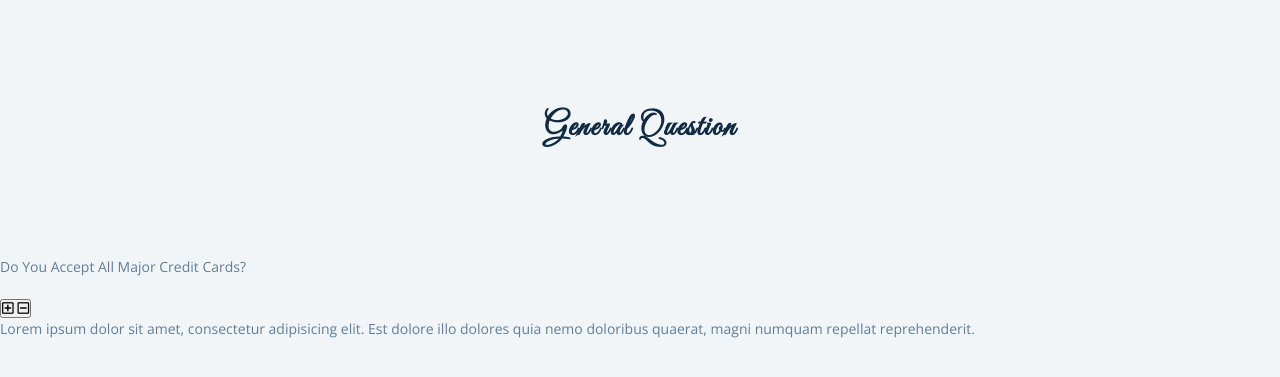
Repository: OmniaRafat232111121/projects-js
Page: questions/index.html
The author's editor kept a copy of each file at every save. The page is drawn from the files as they stood at one save, then again after the next save.
The browser window is 1280 px wide. The pictures show the whole page.
Some web libraries are served in a nearby version.

Above is the page before, as saved 2023-01-02 22:09:03.

### questions/index.html
<!DOCTYPE html>
<html lang="en">
<head>
    <meta charset="UTF-8">
    <meta http-equiv="X-UA-Compatible" content="IE=edge">
    <meta name="viewport" content="width=device-width, initial-scale=1.0">
    <title>Modal </title>
    <link rel="stylesheet" href="style.css">
   <!-- font-awesome -->
    <link rel="stylesheet" href="https://cdnjs.cloudflare.com/ajax/libs/font-awesome/5.14.0/css/all.min.css" />
    <!-- extra fonts -->
    <link
      href="https://fonts.googleapis.com/css?family=Great+Vibes&display=swap"
      rel="stylesheet"
    />
</head>
<body>

  <section class="question">
    <div class="title">
      <h2>General Question</h2>
    </div>
  <div class="section-question">
      <article class="question">
        <div class="question-title">
         <p>Do You Accept All Major Credit Cards?</p>
         <button type="button" class="question-btn">
          <span class="plus-icon">
           <i class="far fa-plus-square"></i>
          </span>


         <span class="minus-icon">
           <i class="far fa-minus-square"></i>
          </span>
         </button>

        </div>
         <div class="question-text">
              <p>
                Lorem ipsum dolor sit amet, consectetur adipisicing elit. Est
                dolore illo dolores quia nemo doloribus quaerat, magni numquam
                repellat reprehenderit.
              </p>
            </div>

    </article>

  </div>

  </section>


    <script src="./main.js"></script>
</body>
</html>

### questions/style.css

/*
===============
Fonts
===============
*/
@import url("https://fonts.googleapis.com/css?family=Open+Sans|Roboto:400,700&display=swap");

/*
===============
Variables
===============
*/

:root {
  /* dark shades of primary color*/
  --clr-primary-1: hsl(205, 86%, 17%);
  --clr-primary-2: hsl(205, 77%, 27%);
  --clr-primary-3: hsl(205, 72%, 37%);
  --clr-primary-4: hsl(205, 63%, 48%);
  /* primary/main color */
  --clr-primary-5: hsl(205, 78%, 60%);
  /* lighter shades of primary color */
  --clr-primary-6: hsl(205, 89%, 70%);
  --clr-primary-7: hsl(205, 90%, 76%);
  --clr-primary-8: hsl(205, 86%, 81%);
  --clr-primary-9: hsl(205, 90%, 88%);
  --clr-primary-10: hsl(205, 100%, 96%);
  /* darkest grey - used for headings */
  --clr-grey-1: hsl(209, 61%, 16%);
  --clr-grey-2: hsl(211, 39%, 23%);
  --clr-grey-3: hsl(209, 34%, 30%);
  --clr-grey-4: hsl(209, 28%, 39%);
  /* grey used for paragraphs */
  --clr-grey-5: hsl(210, 22%, 49%);
  --clr-grey-6: hsl(209, 23%, 60%);
  --clr-grey-7: hsl(211, 27%, 70%);
  --clr-grey-8: hsl(210, 31%, 80%);
  --clr-grey-9: hsl(212, 33%, 89%);
  --clr-grey-10: hsl(210, 36%, 96%);
  --clr-white: #fff;
  --clr-red-dark: hsl(360, 67%, 44%);
  --clr-red-light: hsl(360, 71%, 66%);
  --clr-green-dark: hsl(125, 67%, 44%);
  --clr-green-light: hsl(125, 71%, 66%);
  --clr-black: #222;
  --ff-primary: "Roboto", sans-serif;
  --ff-secondary: "Open Sans", sans-serif;
  --transition: all 0.3s linear;
  --spacing: 0.1rem;
  --radius: 0.25rem;
  --light-shadow: 0 5px 15px rgba(0, 0, 0, 0.1);
  --dark-shadow: 0 5px 15px rgba(0, 0, 0, 0.2);
  --max-width: 1170px;
  --fixed-width: 620px;
}
/*
===============
Global Styles
===============
*/

*,
::after,
::before {
  margin: 0;
  padding: 0;
  box-sizing: border-box;
}
body {
  font-family: var(--ff-secondary);
  background: var(--clr-grey-10);
  color: var(--clr-grey-1);
  line-height: 1.5;
  font-size: 0.875rem;
}
ul {
  list-style-type: none;
}
a {
  text-decoration: none;
}
h1,
h2,
h3,
h4 {
  letter-spacing: var(--spacing);
  text-transform: capitalize;
  line-height: 1.25;
  margin-bottom: 0.75rem;
  font-family: var(--ff-primary);
}
h1 {
  font-size: 3rem;
}
h2 {
  font-size: 2rem;
}
h3 {
  font-size: 1.25rem;
}
h4 {
  font-size: 0.875rem;
}
p {
  margin-bottom: 1.25rem;
  color: var(--clr-grey-5);
}
.btn {
  display:inline-block;
  background-color: var(--clr-primary-4);
  border:none;
color:#fff;
  padding: 10px 20px;
   transition: var(--transition);
  font-size: 0.875rem;

  cursor: pointer;
  box-shadow: 0 1px 3px rgba(0, 0, 0, 0.2);
  border-radius: var(--radius);
}
.btn:hover {
  color: var(--clr-white);
  background: var(--clr-black);
}

.question{
  margin-top: 15vh;
  margin-bottom: 40px;
}
.question .title h2{
   color: var(--clr-gold);
  font-family: "Great Vibes", cursive;
  text-align: center;
}

Loaded but not shown: questions/main.js (no stored copy; drawn as an empty file)

After the next save:
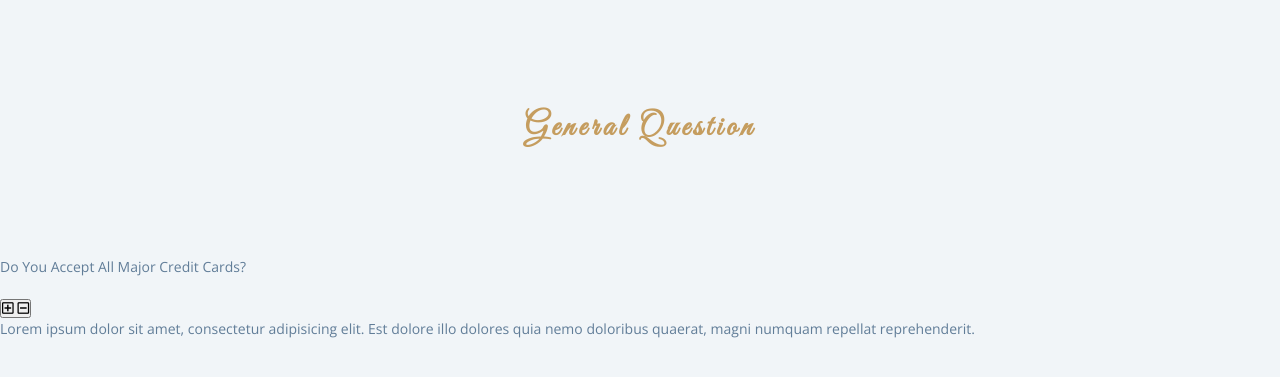
Saved 45 s later.
--- a/questions/style.css
+++ b/questions/style.css
@@ -19,7 +19,7 @@ Variables
   --clr-primary-3: hsl(205, 72%, 37%);
   --clr-primary-4: hsl(205, 63%, 48%);
   /* primary/main color */
-  --clr-primary-5: hsl(205, 78%, 60%);
+  --clr-primary-5: #49a6e9;
   /* lighter shades of primary color */
   --clr-primary-6: hsl(205, 89%, 70%);
   --clr-primary-7: hsl(205, 90%, 76%);
@@ -43,12 +43,13 @@ Variables
   --clr-red-light: hsl(360, 71%, 66%);
   --clr-green-dark: hsl(125, 67%, 44%);
   --clr-green-light: hsl(125, 71%, 66%);
+  --clr-gold: #c59d5f;
   --clr-black: #222;
   --ff-primary: "Roboto", sans-serif;
   --ff-secondary: "Open Sans", sans-serif;
   --transition: all 0.3s linear;
-  --spacing: 0.1rem;
-  --radius: 0.25rem;
+  --spacing: 0.25rem;
+  --radius: 0.5rem;
   --light-shadow: 0 5px 15px rgba(0, 0, 0, 0.1);
   --dark-shadow: 0 5px 15px rgba(0, 0, 0, 0.2);
   --max-width: 1170px;
